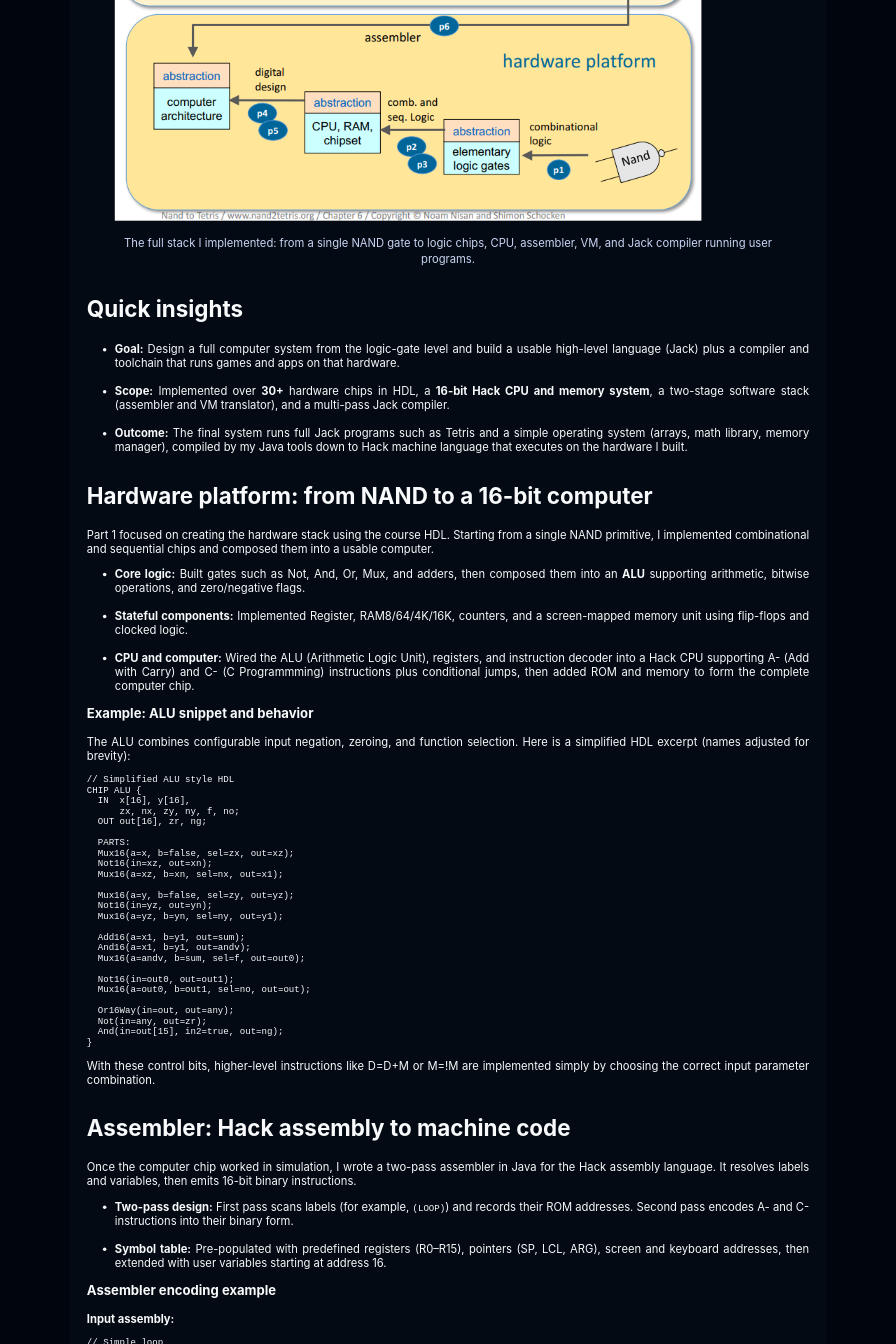
Repository: Abdulaziz-04/Abdulaziz-04.github.io
Page: deepdives/backend_systems/nand2tetris/nand2tetris.html
An editor plug-in stored every save of this project. The page is shown before and after the next save, followed by the edit.
The browser window is 1280 px wide. The pictures show the part of the page from y = 756 to 2676 px (the page is 5931 px tall), at 70% of full size.

Above is the page before, as saved 2025-11-20 17:44:33.

### deepdives/backend_systems/nand2tetris/nand2tetris.html
<!DOCTYPE html>
<html lang="en">
  <head>
    <meta charset="UTF-8" />
    <meta name="viewport" content="width=device-width, initial-scale=1" />
    <title>
      From Nand to Tetris: Building a Computer and Compiler from Scratch
    </title>
    <link rel="stylesheet" href="../../../assets/css/styles.css" />
  </head>

  <body class="project-detail-page">
    <header class="detail-hero">
      <a
        class="category-back"
        href="../../../projects/compiler-blockchain.html"
      >
        &larr; Back to Projects
      </a>

      <p class="category-pill">Backend &amp; Distributed Logic</p>
      <br />
      <h1>
        From Nand to Tetris: Building a Computer and Compiler from Scratch
      </h1>

      <p class="detail-summary">
        <b>
          Two–part systems project where I built a full 16-bit computer,
          assembler, virtual machine, and compiler from primitive NAND gates.
          The stack ends in a high-level language called Jack that runs on the
          hardware I designed.
        </b>
      </p>

      <p class="detail-summary">
        I completed all projects for both Coursera courses
        <i>“Build a Modern Computer from First Principles: Part 1 and Part 2”</i
        >, submitted every assignment, scored <b>98%</b> overall, and earned
        both certifications.
      </p>

      <ul class="detail-meta">
        <br />
        <li>
          <strong>Tech Stack:</strong>
          Hardware Description Language (HDL), Hack assembly, Jack language,
          Java (assembler, VM translator, compiler), shell tooling, hardware and
          VM emulators
        </li>
      </ul>
    </header>

    <main class="section detail-content">
      <!-- HERO IMAGE -->
      <section class="detail-section detail-hero-gif">
        <figure class="gallery-item gallery-item--wide">
          <img
            src="./images/nand2tetris_intro.png"
            alt="Hardware and software hierarchy from NAND gate up to high level language"
          />
          <figcaption style="text-align: center">
            The full stack I implemented: from a single NAND gate to logic
            chips, CPU, assembler, VM, and Jack compiler running user programs.
          </figcaption>
        </figure>
      </section>

      <!-- QUICK INSIGHTS -->
      <section class="detail-section">
        <h2>Quick insights</h2>
        <ul class="psr-list">
          <li>
            <strong>Goal:</strong>
            Design a full computer system from the logic-gate level and build a
            usable high-level language (Jack) plus a compiler and toolchain that
            runs games and apps on that hardware.
          </li>
          <br />
          <li>
            <strong>Scope:</strong>
            Implemented over <b>30+</b> hardware chips in HDL, a
            <b>16-bit Hack CPU and memory system</b>, a two-stage software stack
            (assembler and VM translator), and a multi-pass Jack compiler.
          </li>
          <br />
          <li>
            <strong>Outcome:</strong>
            The final system runs full Jack programs such as Tetris and a simple
            operating system (arrays, math library, memory manager), compiled by
            my Java tools down to Hack machine language that executes on the
            hardware I built.
          </li>
        </ul>
      </section>

      <!-- HARDWARE PLATFORM -->
      <section class="detail-section">
        <h2>Hardware platform: from NAND to a 16-bit computer</h2>
        <p>
          Part 1 focused on creating the hardware stack using the course HDL.
          Starting from a single NAND primitive, I implemented combinational and
          sequential chips and composed them into a usable computer.
        </p>

        <ul>
          <li>
            <b>Core logic:</b> Built gates such as Not, And, Or, Mux, and
            adders, then composed them into an <b>ALU</b> supporting arithmetic,
            bitwise operations, and zero/negative flags.
          </li>
          <br />
          <li>
            <b>Stateful components:</b> Implemented Register, RAM8/64/4K/16K,
            counters, and a screen-mapped memory unit using flip-flops and
            clocked logic.
          </li>
          <br />
          <li>
            <b>CPU and computer:</b> Wired the ALU (Arithmetic Logic Unit),
            registers, and instruction decoder into a Hack CPU supporting A-
            (Add with Carry) and C- (C Programmming) instructions plus
            conditional jumps, then added ROM and memory to form the complete
            computer chip.
          </li>
        </ul>

        <h3>Example: ALU snippet and behavior</h3>
        <p>
          The ALU combines configurable input negation, zeroing, and function
          selection. Here is a simplified HDL excerpt (names adjusted for
          brevity):
        </p>

        <pre><code>// Simplified ALU style HDL
CHIP ALU {
  IN  x[16], y[16],
      zx, nx, zy, ny, f, no;
  OUT out[16], zr, ng;

  PARTS:
  Mux16(a=x, b=false, sel=zx, out=xz);
  Not16(in=xz, out=xn);
  Mux16(a=xz, b=xn, sel=nx, out=x1);

  Mux16(a=y, b=false, sel=zy, out=yz);
  Not16(in=yz, out=yn);
  Mux16(a=yz, b=yn, sel=ny, out=y1);

  Add16(a=x1, b=y1, out=sum);
  And16(a=x1, b=y1, out=andv);
  Mux16(a=andv, b=sum, sel=f, out=out0);

  Not16(in=out0, out=out1);
  Mux16(a=out0, b=out1, sel=no, out=out);

  Or16Way(in=out, out=any);
  Not(in=any, out=zr);
  And(in=out[15], in2=true, out=ng);
}</code></pre>

        <p>
          With these control bits, higher-level instructions like D=D+M or M=!M
          are implemented simply by choosing the correct input parameter
          combination.
        </p>
      </section>

      <!-- ASSEMBLER -->
      <section class="detail-section">
        <h2>Assembler: Hack assembly to machine code</h2>
        <p>
          Once the computer chip worked in simulation, I wrote a two-pass
          assembler in Java for the Hack assembly language. It resolves labels
          and variables, then emits 16-bit binary instructions.
        </p>

        <ul>
          <li>
            <b>Two-pass design:</b> First pass scans labels (for example,
            <code>(LOOP)</code>) and records their ROM addresses. Second pass
            encodes A- and C-instructions into their binary form.
          </li>
          <br />
          <li>
            <b>Symbol table:</b> Pre-populated with predefined registers
            (R0–R15), pointers (SP, LCL, ARG), screen and keyboard addresses,
            then extended with user variables starting at address 16.
          </li>
        </ul>

        <h3>Assembler encoding example</h3>

        <div class="code-pair">
          <div>
            <p><b>Input assembly:</b></p>
            <pre><code>// Simple loop
@i
M=1
(LOOP)
  @i
  M=M+1
  @10
  D;JLT
  @LOOP
  0;JMP</code></pre>
          </div>

          <div>
            <p><b>Generated machine code:</b></p>
            <pre><code>0000000000010000   // @i (allocated at 16)
1110111111001000   // M=1
0000000000010000   // @i
1111110111011000   // M=M+1
0000000000001010   // @10
1110001100000100   // D;JLT
0000000000000010   // @LOOP (ROM address 2)
1110101010000111   // 0;JMP</code></pre>
          </div>
        </div>

        <p>
          Running this binary on the hardware simulator shows the register and
          RAM state changing as expected, proving the assembler and CPU agree on
          the instruction set.
        </p>
      </section>

      <!-- VM TRANSLATOR -->
      <section class="detail-section">
        <h2>VM translator: stack machine to Hack assembly</h2>
        <p>
          Part 2 starts the software hierarchy. I implemented a VM translator in
          Java that converts a high-level stack-based VM language into Hack
          assembly. This layer decouples Jack from the hardware and introduces
          function calls and static segments.
        </p>

        <ul>
          <li>
            <b>Arithmetic and logic:</b> Commands such as <code>add</code>,
            <code>sub</code>, <code>eq</code>, <code>lt</code>, and
            <code>gt</code> pop values from the stack, compute, and push results
            using small assembly templates.
          </li>
          <br />
          <li>
            <b>Memory segments:</b> Implemented pointer logic for
            <code>local</code>, <code>argument</code>, <code>this</code>,
            <code>that</code>, <code>temp</code>, <code>pointer</code>, and
            <code>static</code> segments.
          </li>
          <br />
          <li>
            <b>Functions and calls:</b> Implemented call frames following the
            Hack VM spec: save caller state, set ARG and LCL, jump to callee,
            and restore on return.
          </li>
        </ul>

        <h3>VM to assembly example</h3>

        <div class="code-pair">
          <div>
            <p><b>Input VM snippet:</b></p>
            <pre><code>function Simple.addTwo 0
push argument 0
push constant 2
add
return</code></pre>
          </div>
          <div>
            <p><b>Generated Hack assembly (excerpt):</b></p>
            <pre><code>// function Simple.addTwo 0
(Simple.addTwo)
  // push argument 0
  @ARG
  D=M
  @0
  A=D+A
  D=M
  @SP
  A=M
  M=D
  @SP
  M=M+1
  // push constant 2
  @2
  D=A
  @SP
  A=M
  M=D
  @SP
  M=M+1
  // add
  @SP
  M=M-1
  A=M
  D=M
  @SP
  M=M-1
  A=M
  M=M+D
  @SP
  M=M+1
  // return ...
</code></pre>
          </div>
        </div>

        <p>
          These templates are reused across all Jack programs, making the VM
          translator a key abstraction boundary between language and hardware.
        </p>
      </section>

      <!-- JACK COMPILER -->
      <section class="detail-section">
        <h2>Jack compiler: high-level language on custom hardware</h2>
        <p>
          The final stage was a full compiler pipeline for the Jack language,
          written in Java. Jack is a Java-like language with classes, methods,
          fields, arrays, and basic control flow. The compiler targets the stack
          VM, which my translator then lowers to Hack assembly.
        </p>

        <ul>
          <li>
            <b>Front-end:</b> A tokenizer converts characters into tokens
            (keywords, identifiers, symbols, integers, strings). A recursive
            descent parser (CompilationEngine) walks the grammar and emits VM
            commands while constructing and consulting symbol tables.
          </li>
          <br />
          <li>
            <b>Symbol tables:</b> Separate tables for class-level and subroutine
            scope track identifiers, their kind (field, static, local,
            argument), and index. This allows fields of each instance to map
            cleanly to memory segments.
          </li>
          <br />
          <li>
            <b>Code generation:</b> Control structures such as if/while use
            generated labels, while expressions and terms emit stack operations
            that match the VM semantics.
          </li>
        </ul>

        <h3>Example: compiling a Jack method</h3>

        <div class="code-pair">
          <div>
            <p><b>Input Jack code:</b></p>
            <pre><code>class Counter {
  field int value;

  method void inc(int delta) {
    let value = value + delta;
    return;
  }
}</code></pre>
          </div>
          <div>
            <p><b>Generated VM code:</b></p>
            <pre><code>// method Counter.inc 1
function Counter.inc 1
  // push this.value
  push argument 0     // this
  pop pointer 0       // this -> THIS
  push this 0
  // push delta
  push argument 1
  add
  pop this 0
  push constant 0
  return</code></pre>
          </div>
        </div>

        <p>
          Running this through the VM translator and assembler produces Hack
          machine code that manipulates the <code>value</code> field stored in
          the heap area controlled by the OS memory manager.
        </p>

        <h3>Example: parsing expressions in Java</h3>
        <p>
          The recursive descent compiler uses small focused methods that mirror
          the grammar. For example, expression compilation handles operator
          precedence and emits VM operations as it walks the parse tree.
        </p>

        <pre><code>// Simplified Java-style excerpt
private void compileExpression() {
  compileTerm();
  while (tokenIsOneOf("+", "-", "*", "/", "&amp;", "|", "&lt;", "&gt;", "=")) {
    String op = currentToken();
    advance();
    compileTerm();
    writeArithmetic(op);  // maps '+' to 'add', '&lt;' to 'lt', etc.
  }
}</code></pre>

        <p>
          This design keeps the compiler readable and makes it easy to trace
          from Jack source through VM and assembly when debugging.
        </p>
      </section>

      <!-- END-TO-END PIPELINE -->
      <section class="detail-section">
        <h2>End-to-end pipeline and final programs</h2>
        <p>
          With the full pipeline in place, I compiled and ran several Jack
          applications, including the supplied Tetris, a simple OS API, and my
          own small programs that manipulate memory, draw graphics, and handle
          keyboard input.
        </p>

        <ul>
          <li>
            <b>End-to-end flow:</b> Jack source → Java compiler → VM code → Java
            VM translator → Hack assembly → Java assembler → 16-bit machine code
            → executed on the computer built from NAND gates.
          </li>
          <br />
          <li>
            <b>Debugging:</b> Used the hardware and VM simulators to step
            through instructions, inspect RAM and stack, and validate that
            higher-level bugs were not caused by lower-level hardware mistakes.
          </li>
        </ul>
      </section>

      <!-- IMPACT & LEARNINGS -->
      <section class="detail-section detail-impact">
        <h2>Impact and learnings</h2>
        <ul>
          <li>
            <b>Systems thinking:</b> Gained a concrete understanding of how
            compilers, virtual machines, and hardware interact, instead of
            treating them as black boxes.
          </li>
          <br />
          <li>
            <b>Compiler and language design:</b> Implemented a real compiler
            front-end and back-end, including lexical analysis, parsing, symbol
            tables, and code generation for a custom language.
          </li>
          <br />
          <li>
            <b>Hardware intuition:</b> Designing the ALU, CPU, and memory from
            primitive gates sharpened my intuition for performance, instruction
            set design, and the cost of different operations.
          </li>
          <br />
          <li>
            <b>Reliability through abstraction:</b> Each layer (HDL chips,
            assembler, VM, compiler) had a clear contract and test suite, which
            made debugging manageable despite how much was built from scratch.
          </li>
        </ul>
      </section>
    </main>
  </body>
</html>

Loaded but not shown: assets/css/styles.css (941 lines, source omitted)

After the next save:
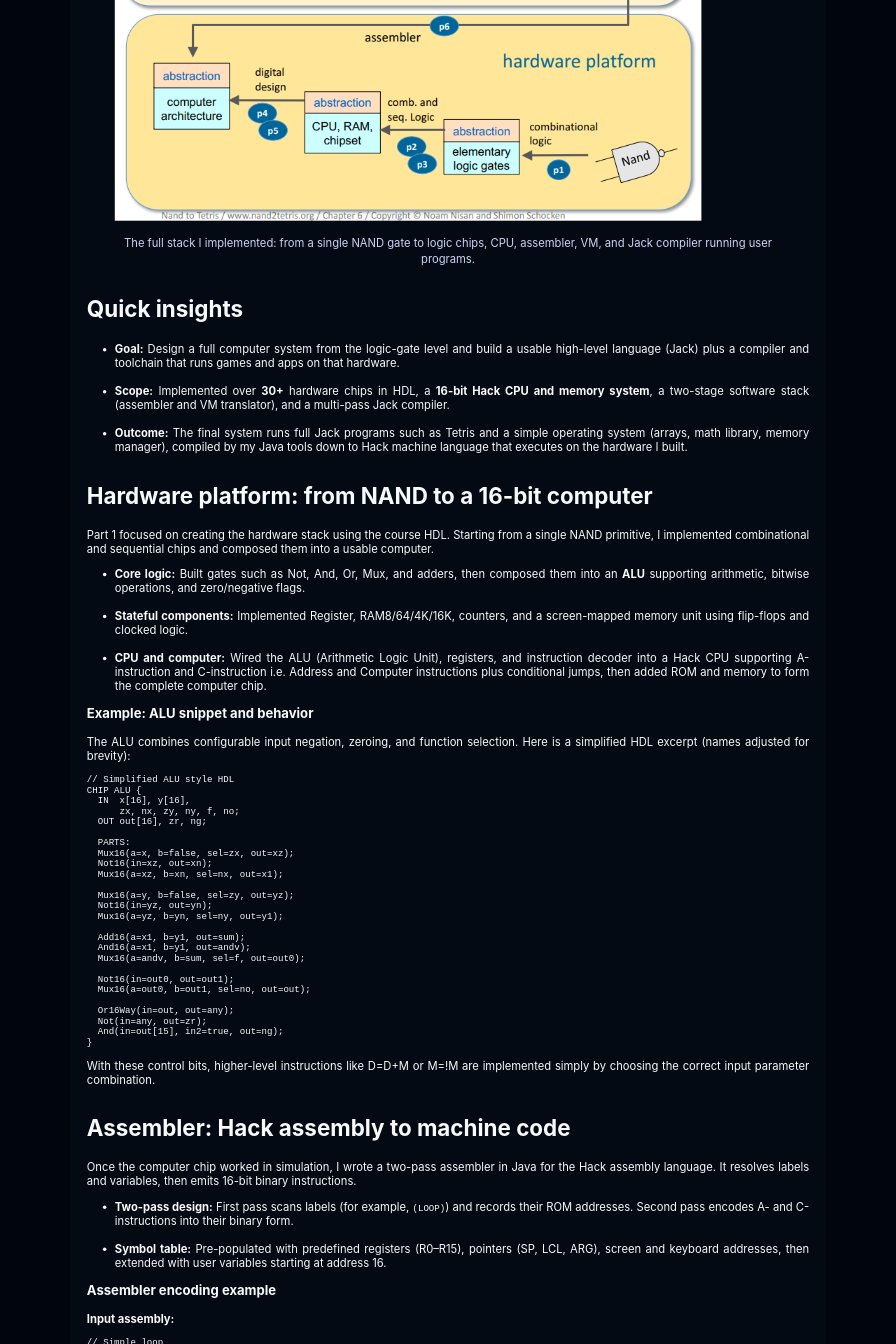
Saved 2 min 27 s later.
--- a/deepdives/backend_systems/nand2tetris/nand2tetris.html
+++ b/deepdives/backend_systems/nand2tetris/nand2tetris.html
@@ -118,10 +118,10 @@
           <br />
           <li>
             <b>CPU and computer:</b> Wired the ALU (Arithmetic Logic Unit),
-            registers, and instruction decoder into a Hack CPU supporting A-
-            (Add with Carry) and C- (C Programmming) instructions plus
-            conditional jumps, then added ROM and memory to form the complete
-            computer chip.
+            registers, and instruction decoder into a Hack CPU supporting
+            A-instruction and C-instruction i.e. Address and Computer
+            instructions plus conditional jumps, then added ROM and memory to
+            form the complete computer chip.
           </li>
         </ul>
 
@@ -179,7 +179,7 @@ CHIP ALU {
           <li>
             <b>Two-pass design:</b> First pass scans labels (for example,
             <code>(LOOP)</code>) and records their ROM addresses. Second pass
-            encodes A- and C-instructions into their binary form.
+            encodes A- and C- instructions into their binary form.
           </li>
           <br />
           <li>
